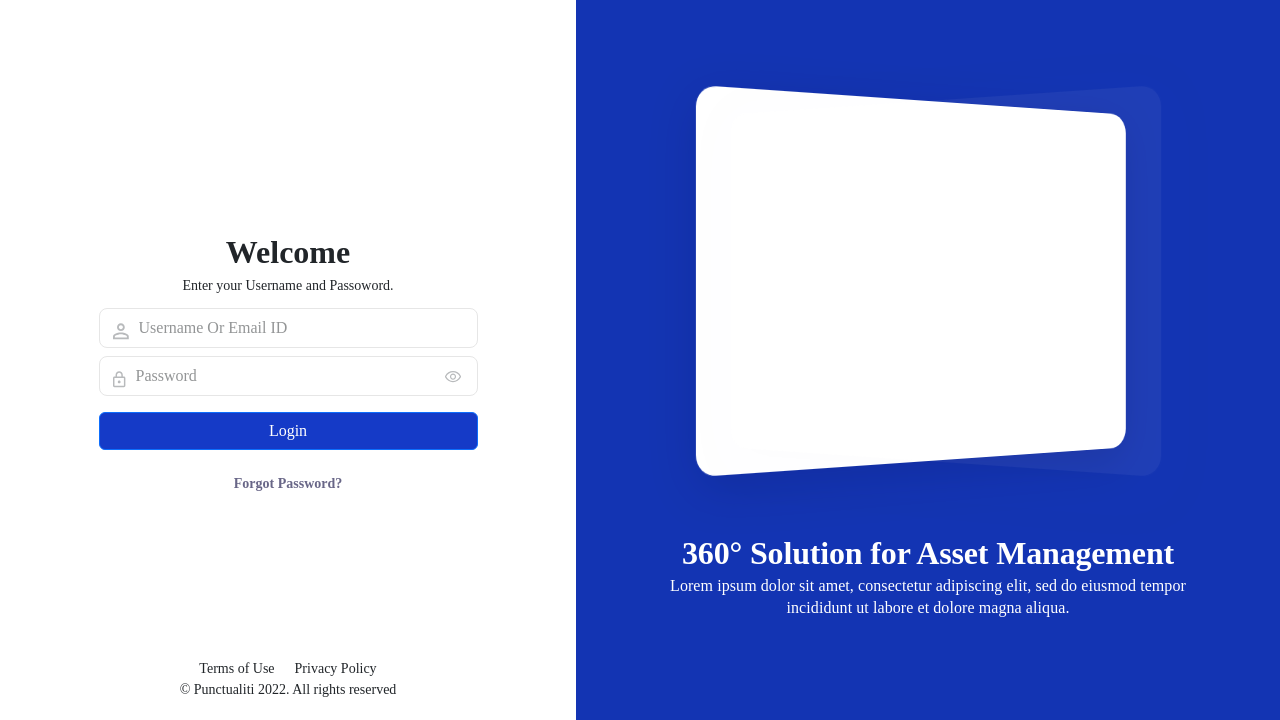
Repository: TauqeerHusain/Vouch-digital
Page: /
These files come from the project's save history. The page is drawn as it stood at one moment and after the next save; the edit follows.
The browser window is 1280 px wide. The pictures show the whole page.
The project was rebuilt for these pictures with package versions that can differ from the ones it lists, and the page was loaded fresh each time. Also part of the build but not shown: src/styles/Dashboard.css, src/Components/Dashboard/Aside.js, src/Components/Dashboard/Board.js, src/Components/Dashboard/index.js, src/styles/AddClintNav.css, src/Components/AddClint/AddClintNav.js, src/Components/CreateProfile/CrContent.js, src/Components/CreateProfile/index.js and 14 more.

Above is the page before, as saved 2023-03-15 14:52:19.

After the next save:
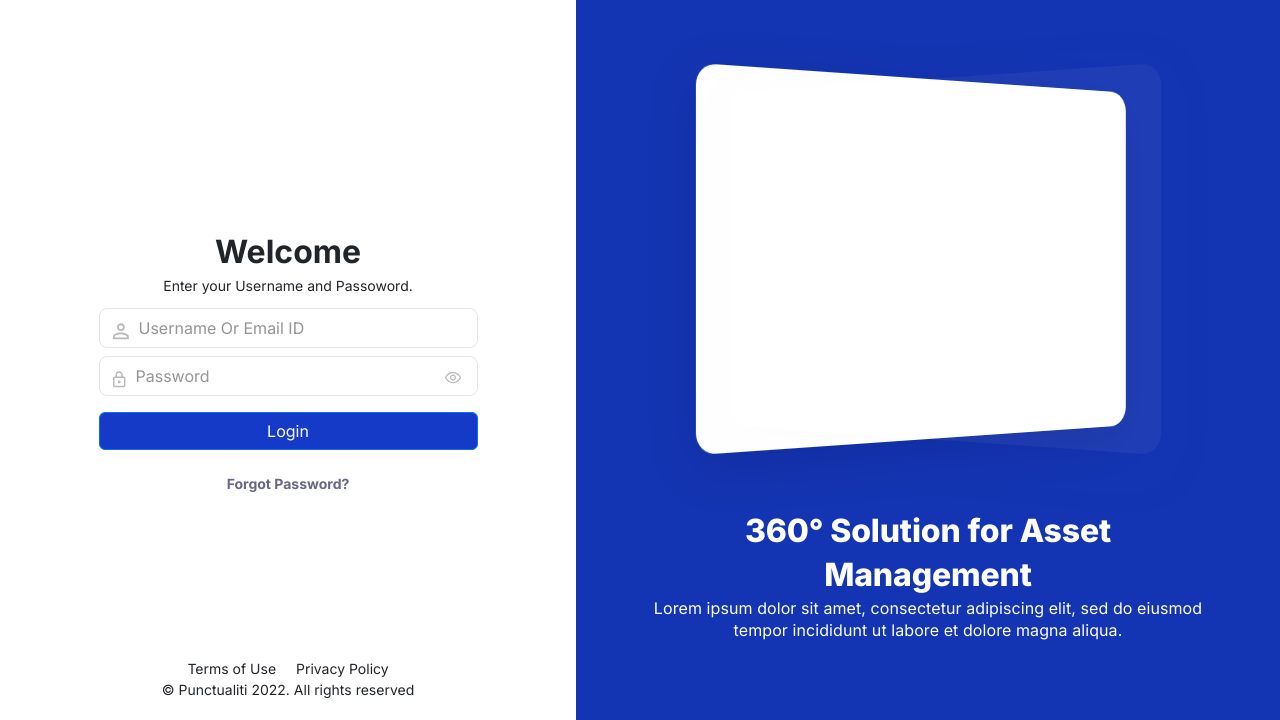
Saved 24 s later.
--- a/src/index.css
+++ b/src/index.css
@@ -4,7 +4,7 @@
   padding: 0px;
   margin: 0px;
   box-sizing: border-box !important;
-  font-family: 'Nunito Sans' !important;
+  font-family: 'Inter' !important;
   text-decoration: none !important;
 }
 
